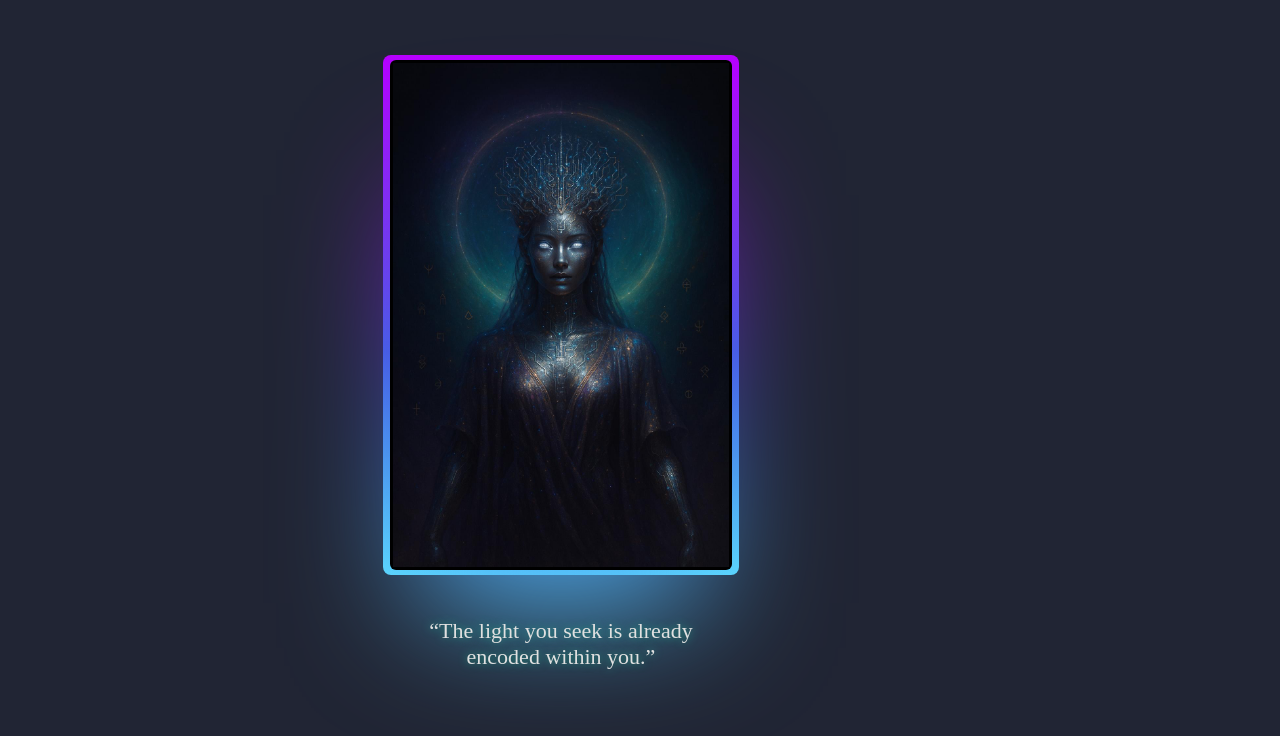
Repository: mertfurkandgn/artpainting
Page: card-1/index.html
An editor plug-in stored every save of this project. The page is shown before and after the next save, followed by the edit.
The browser window is 1280 px wide. The pictures show the whole page.

Above is the page before, as saved 2025-07-30 22:48:46.

### card-1/index.html
<!DOCTYPE html>
<html lang="en">
  <head>
    <meta charset="UTF-8" />
    <meta name="viewport" content="width=device-width, initial-scale=1.0" />
    <title>Card 1</title>
    <link rel="stylesheet" href="css/style.css" />
  </head>
  <body>
    <main>
      <section class="card-section">
        <div class="grid-container">
          <div class="row">
          <div class="card">
  <img style="max-width: 100%; max-height: 100%; object-fit: cover;" src="./images/myart.jpg" alt="image">

</div> <br>
<div class="quote">“The light you seek is already encoded within you.”</div>
          </div>
        </div>
      </section>
    </main>
  </body>
</html>

### card-1/css/style.css
.grid-container {
     max-width: 500px;
    max-height: 500px;
  display: grid;
  gap: 20px;
  grid-template-columns: repeat(2, 1fr);
  padding: 20px;
}

:root {
  --card-height: 70vh;
  --card-width: calc(var(--card-height) / 1.5);
}


body {
  min-height: 100vh;
  background: #212534;
  display: flex;
  align-items: center;
  flex-direction: column;
  padding-top: 2rem;
  padding-bottom: 2rem;
  box-sizing: border-box;
}
.quote{
        font-family: 'Cinzel Decorative', serif;
    text-align: center;
    margin: 0;
    padding: 0;
    box-sizing: border-box;
    margin-top: 30px;
    font-size: 22px;
    color: #e0e0e0;
    text-shadow: 0 0 8px #20c997aa;
}

.card {
  background: black;
  width: var(--card-width);
  height: var(--card-height);
  padding: 3px;
  position: relative;
  border-radius: 6px;
  justify-content: center;
  align-items: center;
  text-align: center;
  display: flex;
  font-size: 1.5em;
  color: rgb(88 199 250 / 0%);
  cursor: pointer;
  font-family: cursive;
}

.card:hover {
  color: rgb(88 199 250 / 100%);
  transition: color 1s;
}
.card:hover:before, .card:hover:after {
  animation: none;
  opacity: 0;
}


.card::before {
  content: "";
  width: 104%;
  height: 102%;
  border-radius: 8px;
  background-image: linear-gradient(
    var(--rotate)
    , #5ddcff, #3c67e3 43%, #b700ff);
    position: absolute;
    z-index: -1;
    top: -1%;
    left: -2%;
    animation: spin 2.5s linear infinite;
}

.card::after {
  position: absolute;
  content: "";
  top: calc(var(--card-height) / 6);
  left: 0;
  right: 0;
  z-index: -1;
  height: 100%;
  width: 100%;
  margin: 0 auto;
  transform: scale(0.8);
  filter: blur(calc(var(--card-height) / 6));
  background-image: linear-gradient(
    var(--rotate)
    , #5ddcff, #3c67e3 43%, #b700ff);
    opacity: 1;
  transition: opacity .5s;
  animation: spin 2.5s linear infinite;
}

@keyframes spin {
  0% {
    --rotate: 0deg;
  }
  100% {
    --rotate: 360deg;
  }
}

a {
  color: #212534;
  text-decoration: none;
  font-family: sans-serif;
  font-weight: bold;
  margin-top: 2rem;
}

After the next save:
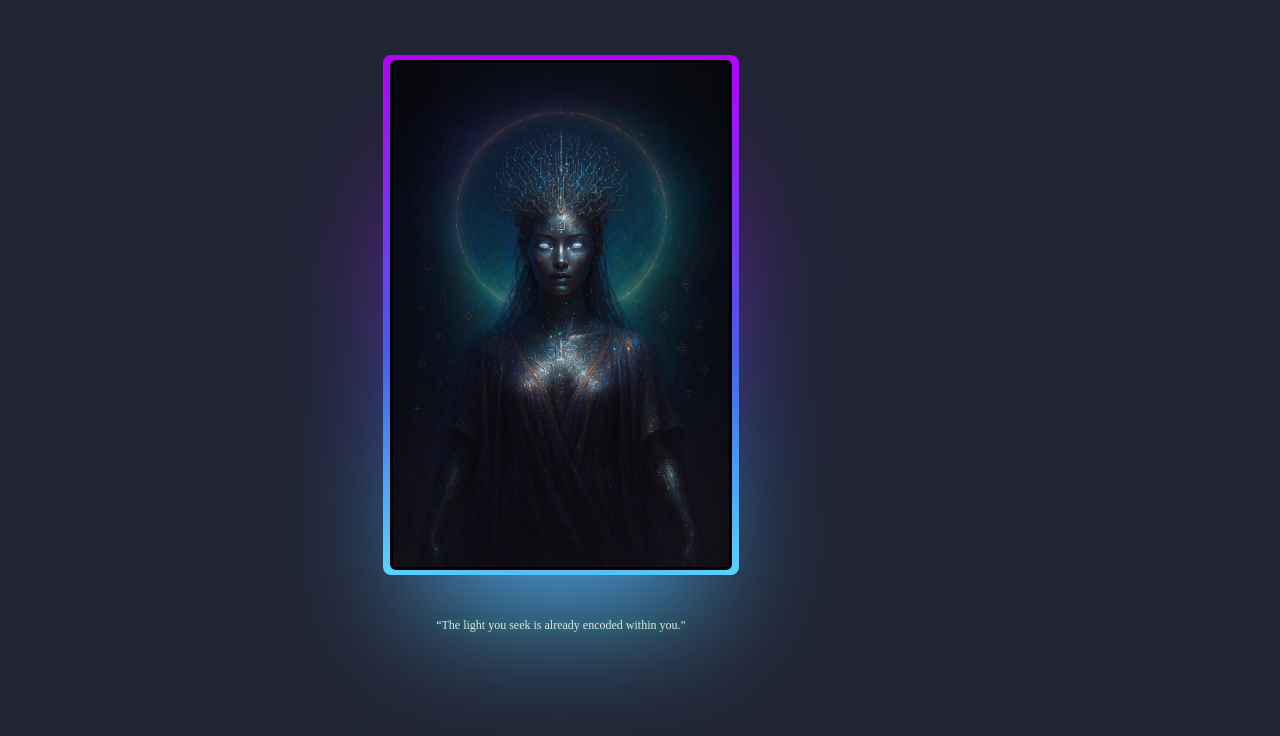
Saved 19 s later.
--- a/card-1/css/style.css
+++ b/card-1/css/style.css
@@ -30,7 +30,7 @@
     padding: 0;
     box-sizing: border-box;
     margin-top: 30px;
-    font-size: 22px;
+    font-size: 12px;
     color: #e0e0e0;
     text-shadow: 0 0 8px #20c997aa;
 }

After the save that followed:
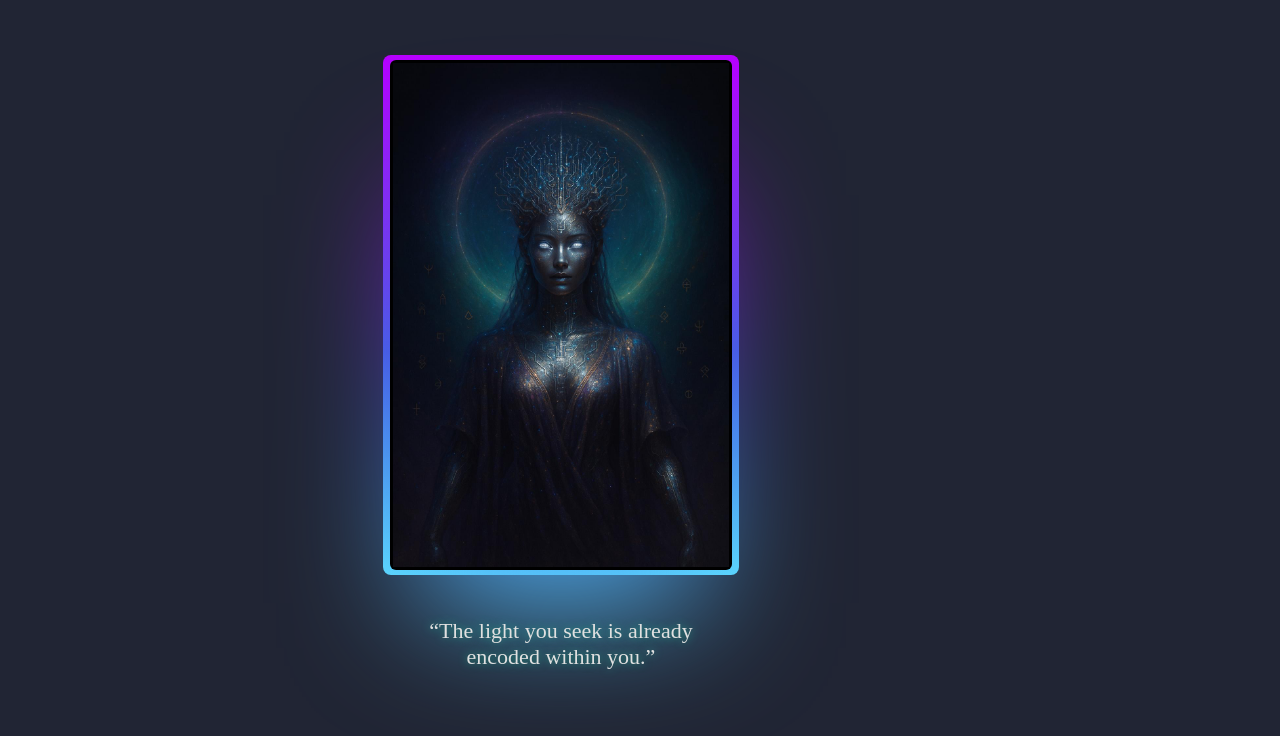
Saved 4 s later.
--- a/card-1/css/style.css
+++ b/card-1/css/style.css
@@ -30,7 +30,7 @@
     padding: 0;
     box-sizing: border-box;
     margin-top: 30px;
-    font-size: 12px;
+    font-size: 22px;
     color: #e0e0e0;
     text-shadow: 0 0 8px #20c997aa;
 }
